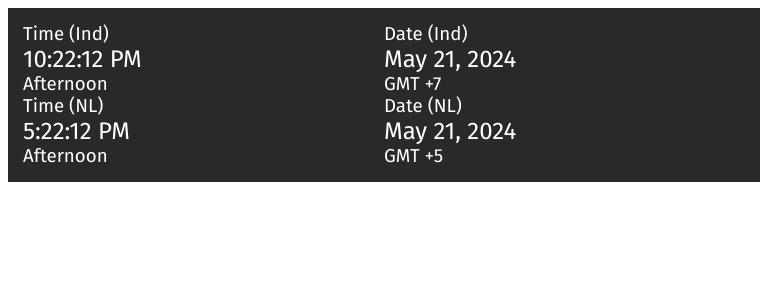
Repository: SnakeXrnt/notion-clock
Page: index.html
These files come from the project's save history. The page is drawn as it stood at one moment and after the next save; the edit follows.
The browser window is 768 px wide. The pictures show the whole page.

Above is the page before, as saved 2024-05-21 15:44:59.

After the next save:
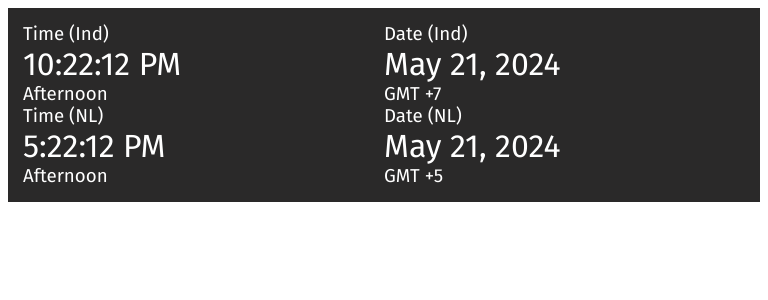
Saved 8 s later.
--- a/style.css
+++ b/style.css
@@ -50,7 +50,7 @@ body {
     }
 
     .time h1{
-        font-size: 3vh;
+        font-size: 4vh;
     }
 
 
